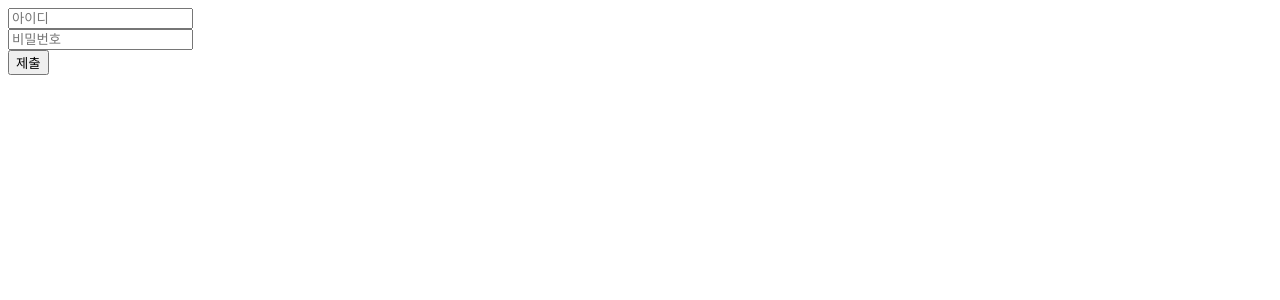
Repository: Kimhwawon/jsp_practice
Page: http://localhost/JSPBasic/Formstudy/Formtest.jsp
An editor plug-in stored every save of this project. The page is shown before and after the next save, followed by the edit.
The browser window is 1280 px wide. The pictures show the whole page.
The page is served by Tomcat 9.

Above is the page before, as saved 2022-02-03 03:27:49.

### JSPBasic/src/main/webapp/Formstudy/Formtest.jsp
<%@ page language="java" contentType="text/html; charset=UTF-8"
    pageEncoding="UTF-8"%>
<!DOCTYPE html>
<html>
<head>
<meta charset="UTF-8">
<title>화원 가입 테스트</title>
</head>
<body>
	<form action="" method="get">
		<input type="text" name="id" placeholder="아이디" /> <br/>
		<input type="password" name="pw" placeholder="비밀번호" /><br/>
		<input type="submit" value="제출"/>
		</form>
</body>
</html>

After the next save:
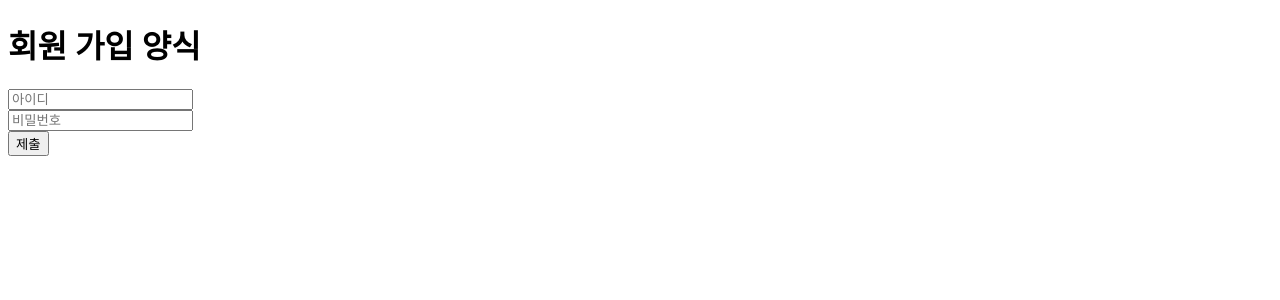
Saved 40 s later.
--- a/JSPBasic/src/main/webapp/Formstudy/Formtest.jsp
+++ b/JSPBasic/src/main/webapp/Formstudy/Formtest.jsp
@@ -7,6 +7,7 @@
 <title>화원 가입 테스트</title>
 </head>
 <body>
+	<h1>회원 가입 양식</h1>
 	<form action="" method="get">
 		<input type="text" name="id" placeholder="아이디" /> <br/>
 		<input type="password" name="pw" placeholder="비밀번호" /><br/>
